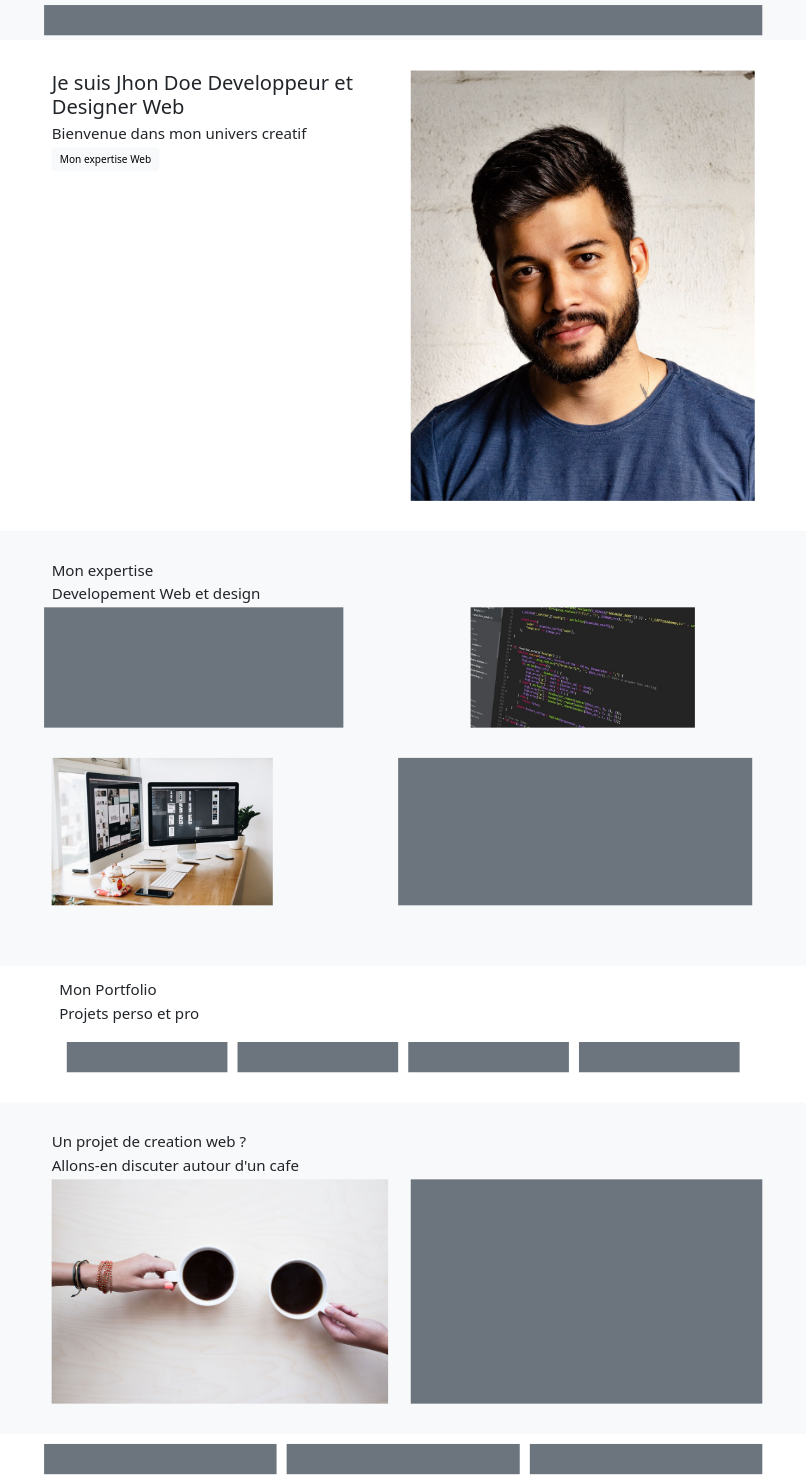
Repository: wadelfadill/Bootstrap_tache_1_portfolio
Page: index.html
These files come from the project's save history. The page is drawn as it stood at one moment and after the next save; the edit follows.
The browser window is 1280 px wide. The pictures show the whole page, at 63% of full size.

Above is the page before, as saved 2023-03-27 13:30:35.

After the next save:
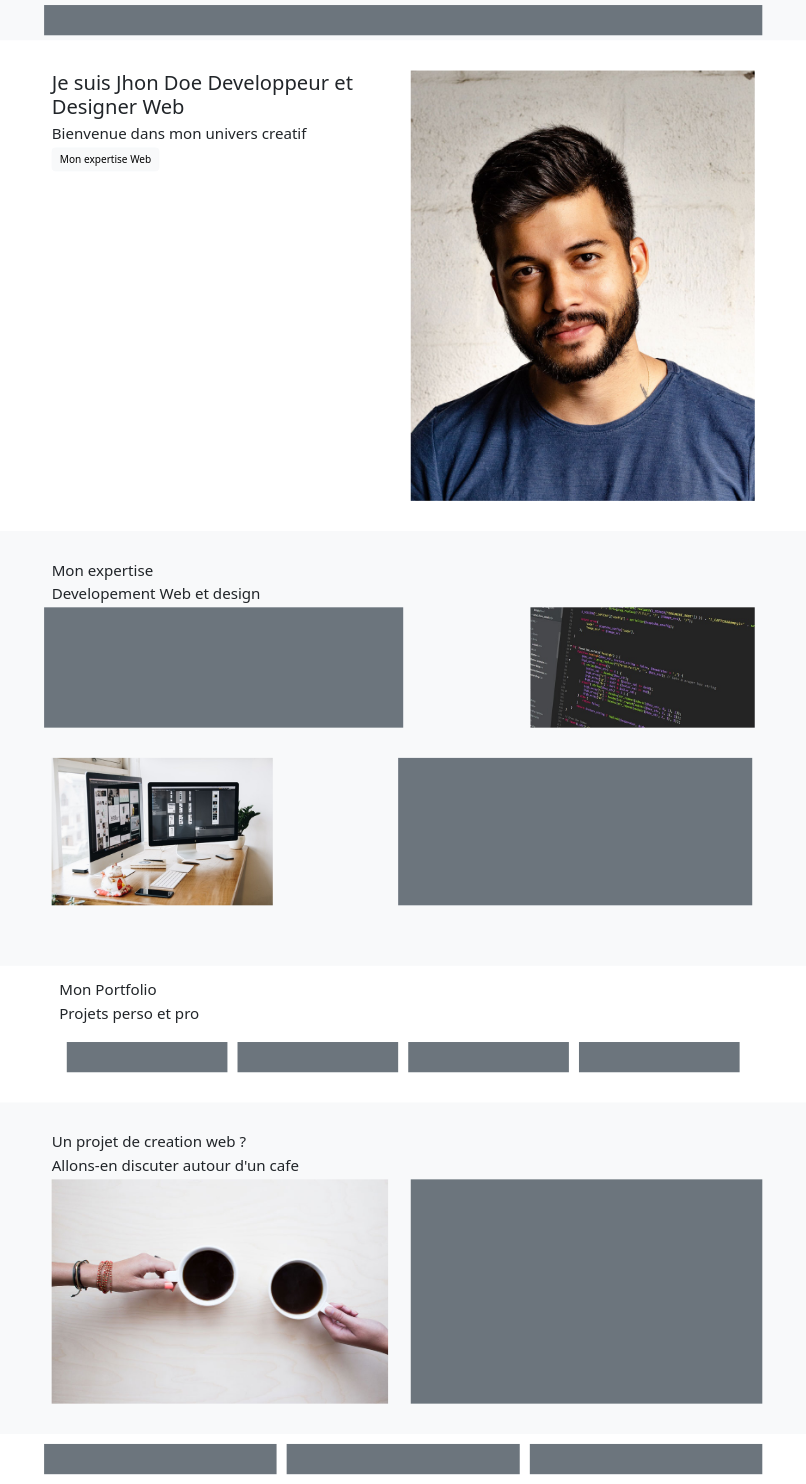
Saved 29 s later.
--- a/index.html
+++ b/index.html
@@ -38,7 +38,7 @@
                  <p class="h4">Mon expertise</p>
                  <p class="h4">Developement Web et design</p>
                 <div class="row">
-                    <div class="col-5 bg-secondary">
+                    <div class="col-6 bg-secondary">
 
                     </div>
                     <div class="col-2"></div>
